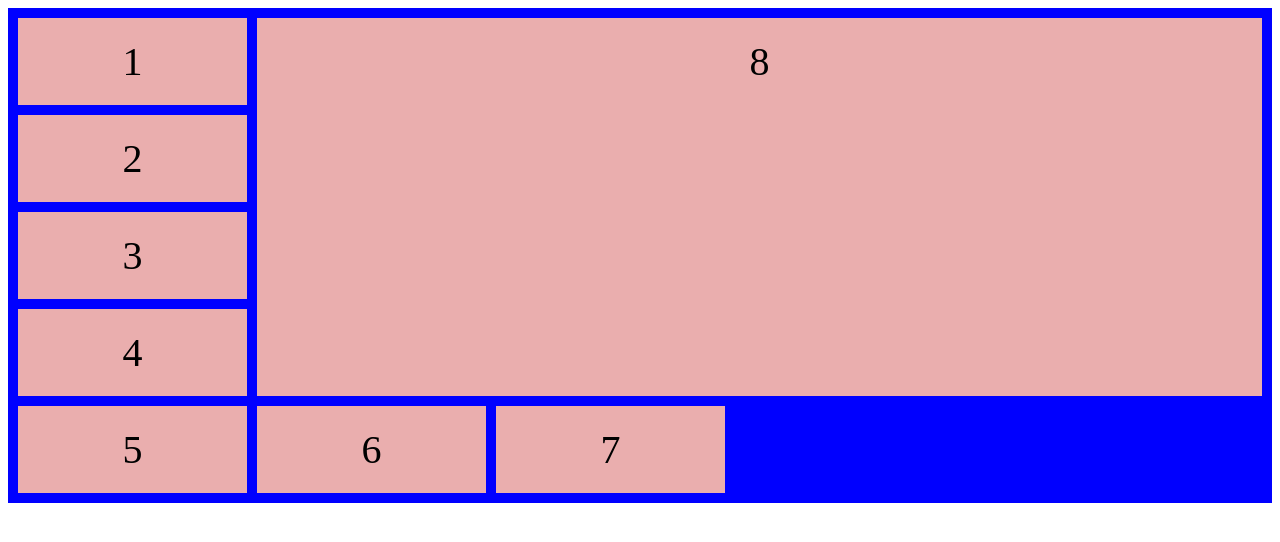
Repository: Thonghehe/Lab2_Web106
Page: Buoi2/index24.html
An editor plug-in stored every save of this project. The page is shown before and after the next save, followed by the edit.
The browser window is 1280 px wide. The pictures show the whole page.

Above is the page before, as saved 2024-03-09 17:18:46.

### Buoi2/index24.html
<!DOCTYPE html>
<html lang="en">

<head>
    <meta charset="UTF-8">
    <meta name="viewport" content="width=device-width, initial-scale=1.0">
    <title>Document</title>
    <style>
        .container {
            display: grid;
            grid-template-columns: auto auto auto auto auto auto;
            gap: 10px;
            padding: 10px;
            background-color: blue;
        }

        .container>div {
            background-color: rgb(234, 174, 174);
            text-align: center;
            padding: 20px;
            font-size: 40px;
        }

        .item8 {
            grid-area: 1 / 2 / 5 / 7;
        }
    </style>
</head>

<body>
    <div class="container">
        <div class="item1">1</div>
        <div class="item2">2</div>
        <div class="item3">3</div>
        <div class="item4">4</div>
        <div class="item5">5</div>
        <div class="item6">6</div>
        <div class="item7">7</div>
        <div class="item8">8</div>
    </div>
</body>

</html>

After the next save:
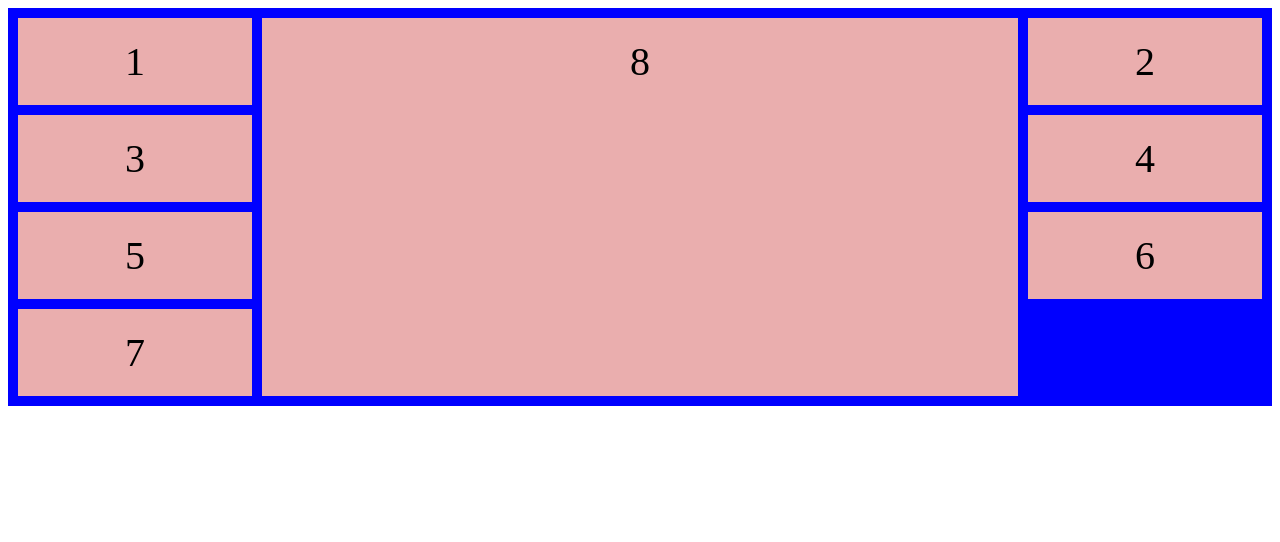
Saved 4 s later.
--- a/Buoi2/index24.html
+++ b/Buoi2/index24.html
@@ -22,7 +22,7 @@
         }
 
         .item8 {
-            grid-area: 1 / 2 / 5 / 7;
+            grid-area: 1 / 2 / 5 / 6;
         }
     </style>
 </head>
